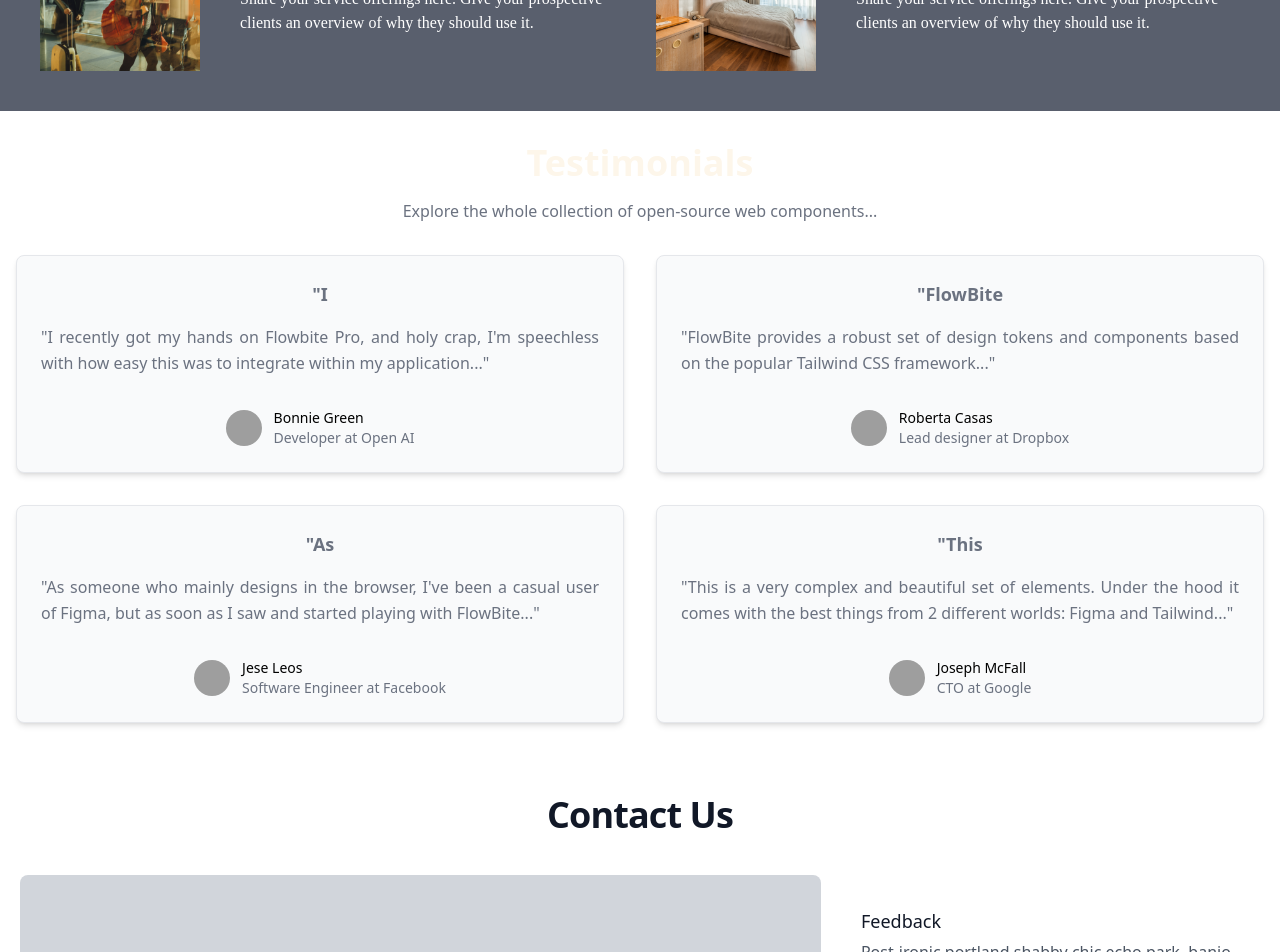
Repository: prabeshsitaula07/greatnepalholidays
Page: / (app in frontend/)
These files come from the project's save history. The page is drawn as it stood at one moment and after the next save; the edit follows.
The browser window is 1280 px wide. The pictures show the part of the page from y = 3057 to 4009 px (the page is 6713 px tall).
Pictures or frames that could not be fetched are drawn as grey boxes. Some web fonts or font styles are not loaded; a fallback is used. The project was rebuilt for these pictures with package versions that can differ from the ones it lists, and the page was loaded fresh each time. Also part of the build but not shown: frontend/vite.config.ts. Imported but missing from the stored project, and not drawn on this page: frontend/src/assets/bgvideo.mp4.

Above is the page before, as saved 2024-11-23 10:41:43.

### frontend/index.html
<!doctype html>
<html lang="en">
  <head>
    <meta charset="UTF-8" />
    <link rel="icon" type="image/svg+xml" href="/icon.png" />
    <meta name="viewport" content="width=device-width, initial-scale=1.0" />
    <title>Vite + React + TS</title>
  </head>
  <body>
    <div id="root"></div>
    <script type="module" src="/src/main.tsx"></script>
  </body>
</html>

### frontend/src/index.css
@import url('https://fonts.googleapis.com/css2?family=Arima:wght@100..700&family=Parkinsans:wght@300..800&display=swap');

@tailwind base;
@tailwind components;
@tailwind utilities;

### frontend/src/App.tsx
import { BrowserRouter as Router, Routes, Route } from 'react-router-dom';
import Navbar from "./components/Navbar/Navbar";
import Home from "./components/Home/Home";
// import About from "./components/About/About"; // Example of another page
import Footer from "./components/Footer/Footer"; // Assuming you have a Footer component

export default function App() {
  return (
    <Router>
      <Navbar />  {/* Navbar is always visible */}
      <Routes>
        <Route path="/" element={<Home />} />
      </Routes>
      <Footer />
    </Router>
  );
}

### frontend/src/components/Navbar/Navbar.tsx
import { Link } from 'react-router-dom';
import { useState, useEffect } from 'react';
import { FaPhone, FaEnvelope } from 'react-icons/fa';
import logo1 from '../../assets/logo1.png';
import logo2 from '../../assets/logo2.png';

export default function Navbar() {
    const [isScrolled, setIsScrolled] = useState(false);

    // Detect scroll and update navbar background and position
    useEffect(() => {
        const handleScroll = () => {
            if (window.scrollY > 50) {
                setIsScrolled(true);  // Fix the navbar to the top when scrolled past 50px
            } else {
                setIsScrolled(false); // Keep the navbar in normal flow when at the top
            }
        };

        window.addEventListener('scroll', handleScroll);

        // Clean up the event listener on component unmount
        return () => {
            window.removeEventListener('scroll', handleScroll);
        };
    }, []);

    return (
        <>
            <div className='w-full bg-darktheme flex gap-10 px-10 py-2'>
                <span className='text-white flex items-center'>
                    <FaPhone className="mr-2" /> 0988848484
                </span>
                <span className='text-white flex items-center'>
                    <FaEnvelope className="mr-2" /> xyz@gmail.com
                </span>
            </div>

            <header
                className={`text-black body-font w-full z-20 transition-all duration-300 ${isScrolled ? 'fixed top-0 bg-white shadow-md' : 'bg-[#2f3c5ae8] text-white'}`}
            >

                <div className="container mx-auto flex flex-wrap p-5 flex-col md:flex-row items-center">
                    <div className="flex title-font font-medium items-center mb-4 md:mb-0 gap-10">
                        <Link to='/'>
                            <img src={logo1} alt="" className='h-14 w-auto' />
                        </Link>
                        <Link to='/'>
                            <img src={logo2} alt="" className='h-14 w-auto' />
                        </Link>
                    </div>
                    <nav className="md:ml-auto flex flex-wrap items-center justify-center text-lg">
                        <Link to='' className="mr-5 hover:text-orange">Home</Link>
                        <Link to='' className="mr-5 hover:text-orange">About Us</Link>
                        <Link to='' className="mr-5 hover:text-orange">Services</Link>
                        <Link to='' className="mr-5 hover:text-orange">Packages</Link>
                        <Link to='' className="mr-5 hover:text-orange">Activities</Link>
                        <Link to='' className="mr-5 hover:text-orange">Blogs</Link>
                    </nav>
                    <button className="inline-flex items-center text-primary bg-darkorange border border-darkorange py-1 px-3 focus:outline-none hover:bg-primary text-lg hover:text-darkorange rounded mt-4 md:mt-0">
                        Download Visa CheckList
                    </button>
                </div>
            </header>
        </>
    );
}

### frontend/src/components/Home/Home.tsx
import bgvideo from '../../assets/bgvideo.mp4';
import Contact from "../Contact/Contact";
import Gallery from "../Gallery/Gallery";
import InternationalPackage from "../Package/InternationalPackage";
import NepalPackage from "../Package/NepalPackage";
import TripHandling from '../Services/TripHandling';
import Team from "../Team/Team";
import Testimonial from "../Testimonial/Testimonial";

export default function Home() {
  return (
    <>
      <div className="relative w-full h-screen">
      {/* Video Background */}
      <video
        autoPlay
        loop
        muted
        className="absolute inset-0 w-full h-full object-cover"
      >
        <source
          src={bgvideo}
          type="video/mp4"
        />
        Your browser does not support the video tag.
      </video>

      {/* Dark Overlay */}
      <div
        className="absolute inset-0 bg-black opacity-50"
        style={{ backgroundColor: 'rgba(0, 0, 0, 0.5)' }} // Adjust opacity for darkness
      ></div>

      {/* Content over the video */}
      <div className="relative z-10 flex items-center justify-center w-full h-full">
        <h1 className="text-white text-6xl font-bold">Welcome to My Website</h1>
      </div>
    </div>
      <NepalPackage />
      <InternationalPackage />
      <TripHandling />
      <Testimonial />
      <Contact />
      <Team />
      <Gallery />

    </>
  )
}

### frontend/src/components/Contact/Contact.tsx
export default function Contact() {
    return (
        <>
            <section className="text-gray-600 body-font relative">
            <h2 className="mt-10 text-4xl tracking-tight font-extrabold text-gray-900 dark:text-black text-center">Contact Us</h2>
                <div className="container px-5 py-10 mx-auto flex sm:flex-nowrap flex-wrap">
                    <div className="lg:w-2/3 md:w-1/2 bg-gray-300 rounded-lg overflow-hidden sm:mr-10 p-10 flex items-end justify-start relative">
                        <iframe
                            width="100%"
                            height="100%"
                            className="absolute inset-0"
                            title="map"
                            src="https://www.google.com/maps/embed?pb=!1m18!1m12!1m3!1d3531.628177055184!2d85.32309027492384!3d27.72876432454742!2m3!1f0!2f0!3f0!3m2!1i1024!2i768!4f13.1!3m3!1m2!1s0x39eb193e98fea663%3A0x6a69a4b662ec372!2sGREAT%20NEPAL%20HOLIDAYS%20P.LTD!5e0!3m2!1sen!2snp!4v1732272072112!5m2!1sen!2snp"
                            style={{ filter: 'grayscale(1) contrast(1.2) opacity(0.4)' }}
                        ></iframe>
                        <div className="bg-white relative flex flex-wrap py-6 rounded shadow-md">
                            <div className="lg:w-1/2 px-6">
                                <h2 className="title-font font-semibold text-gray-900 tracking-widest text-xs">ADDRESS</h2>
                                <p className="mt-1">Photo booth tattooed prism, portland taiyaki hoodie neutra typewriter</p>
                            </div>
                            <div className="lg:w-1/2 px-6 mt-4 lg:mt-0">
                                <h2 className="title-font font-semibold text-gray-900 tracking-widest text-xs">EMAIL</h2>
                                <a className="text-indigo-500 leading-relaxed">example@email.com</a>
                                <h2 className="title-font font-semibold text-gray-900 tracking-widest text-xs mt-4">PHONE</h2>
                                <p className="leading-relaxed">123-456-7890</p>
                            </div>
                        </div>
                    </div>
                    <div className="lg:w-1/3 md:w-1/2 bg-white flex flex-col md:ml-auto w-full md:py-8 mt-8 md:mt-0">
                        <h2 className="text-gray-900 text-lg mb-1 font-medium title-font">Feedback</h2>
                        <p className="leading-relaxed mb-5 text-gray-600">Post-ironic portland shabby chic echo park, banjo fashion axe</p>
                        <div className="relative mb-4">
                            <label htmlFor="name" className="leading-7 text-sm text-gray-600">Name</label>
                            <input type="text" id="name" name="name" className="w-full bg-white rounded border border-gray-300 focus:border-darkorange focus:ring-2 focus:ring-darkorange text-base outline-none text-gray-700 py-1 px-3 leading-8 transition-colors duration-200 ease-in-out" />
                        </div>
                        <div className="relative mb-4">
                            <label htmlFor="email" className="leading-7 text-sm text-gray-600">Email</label>
                            <input type="email" id="email" name="email" className="w-full bg-white rounded border border-gray-300 focus:border-darkorange focus:ring-2 focus:ring-darkorange text-base outline-none text-gray-700 py-1 px-3 leading-8 transition-colors duration-200 ease-in-out" />
                        </div>
                        <div className="relative mb-4">
                            <label htmlFor="message" className="leading-7 text-sm text-gray-600">Message</label>
                            <textarea id="message" name="message" className="w-full bg-white rounded border border-gray-300 focus:border-darkorange focus:ring-2 focus:ring-darkorange h-32 text-base outline-none text-gray-700 py-1 px-3 resize-none leading-6 transition-colors duration-200 ease-in-out"></textarea>
                        </div>
                        <button className="bg-darkorange border border-darkorange text-primary py-2 px-6 focus:outline-none hover:text-darkorange hover:bg-primary rounded text-lg">Send</button>
                        <p className="text-xs text-gray-500 mt-3">Chicharrones blog helvetica normcore iceland tousled brook viral artisan.</p>
                    </div>
                </div>
            </section>
        </>
    )
}

### frontend/src/components/Gallery/Gallery.tsx
export default function Gallery() {
  return (
 <>
 <section className="text-gray-600 body-font">
 <h2 className="mt-10 text-4xl tracking-tight font-extrabold text-gray-900 dark:text-black text-center">Gallery</h2>
  <div className="container px-5 py-24 mx-auto flex flex-wrap">
    <div className="flex w-full mb-20 flex-wrap">
      <h1 className="sm:text-3xl text-2xl font-medium title-font text-gray-900 lg:w-1/3 lg:mb-0 mb-4">Master Cleanse Reliac Heirloom</h1>
      <p className="lg:pl-6 lg:w-2/3 mx-auto leading-relaxed text-base">Whatever cardigan tote bag tumblr hexagon brooklyn asymmetrical gentrify, subway tile poke farm-to-table. Franzen you probably haven't heard of them man bun deep jianbing selfies heirloom.</p>
    </div>
    <div className="flex flex-wrap md:-m-2 -m-1">
      <div className="flex flex-wrap w-1/2">
        <div className="md:p-2 p-1 w-1/2">
          <img alt="gallery" className="w-full object-cover h-full object-center block" src="https://dummyimage.com/500x300" />
        </div>
        <div className="md:p-2 p-1 w-1/2">
          <img alt="gallery" className="w-full object-cover h-full object-center block" src="https://dummyimage.com/501x301" />
        </div>
        <div className="md:p-2 p-1 w-full">
          <img alt="gallery" className="w-full h-full object-cover object-center block" src="https://dummyimage.com/600x360" />
        </div>
      </div>
      <div className="flex flex-wrap w-1/2">
        <div className="md:p-2 p-1 w-full">
          <img alt="gallery" className="w-full h-full object-cover object-center block" src="https://dummyimage.com/601x361" />
        </div>
        <div className="md:p-2 p-1 w-1/2">
          <img alt="gallery" className="w-full object-cover h-full object-center block" src="https://dummyimage.com/502x302" />
        </div>
        <div className="md:p-2 p-1 w-1/2">
          <img alt="gallery" className="w-full object-cover h-full object-center block" src="https://dummyimage.com/503x303" />
        </div>
      </div>
    </div>
  </div>
</section>
 </>
  )
}

### frontend/src/components/Package/InternationalPackage.tsx
export default function InternationalPackage() {
  const packages = [
    { imgSrc: "https://cdn.pixabay.com/photo/2015/10/06/18/26/eiffel-tower-975004_1280.jpg", category: "CATEGORY", title: "Paris", price: "$16.00" },
    { imgSrc: "https://cdn.pixabay.com/photo/2019/04/09/05/36/england-4113666_1280.jpg", category: "CATEGORY", title: "England", price: "$21.15" },
    { imgSrc: "https://cdn.pixabay.com/photo/2023/11/16/05/02/mountains-8391433_640.jpg", category: "CATEGORY", title: "Switzerland", price: "$12.00" },
    { imgSrc: "https://cdn.pixabay.com/photo/2020/08/10/01/28/castle-5476737_640.jpg", category: "CATEGORY", title: "Japan", price: "$18.40" },
    { imgSrc: "https://cdn.pixabay.com/photo/2023/10/18/00/59/mountain-8322610_640.jpg", category: "CATEGORY", title: "USA", price: "$16.00" },
    { imgSrc: "https://dummyimage.com/425x265", category: "CATEGORY", title: "Shooting Stars", price: "$21.15" },
    { imgSrc: "https://dummyimage.com/427x267", category: "CATEGORY", title: "Neptune", price: "$12.00" },
    { imgSrc: "https://dummyimage.com/428x268", category: "CATEGORY", title: "The 400 Blows", price: "$18.40" },
  ];

  return (
    <section className="text-gray-600 body-font">
      <h2 className="my-4 text-4xl tracking-tight font-extrabold text-gray-900 dark:text-black text-center">International Packages</h2>
      <div className="container px-5 py-24 mx-auto">
        <div className="flex flex-wrap -m-4">
          {packages.map((pkg, index) => (
            <div key={index} className="lg:w-1/4 md:w-1/2 p-4 w-full">
              <a className="block relative h-48 overflow-hidden">
                <img alt={pkg.title} className="object-cover object-center w-full h-full block" src={pkg.imgSrc} />
              </a>
              <div className="p-4 border">
                <h3 className="text-gray-500 text-xs tracking-widest title-font mb-1">{pkg.category}</h3>
                <h2 className="text-gray-900 title-font text-lg font-medium">{pkg.title}</h2>
                <p className="mt-1">{pkg.price}</p>
              </div>
            </div>
          ))}
        </div>
      </div>
    </section>
  );
}

### frontend/src/components/Package/NepalPackage.tsx
export default function NepalPackage() {
  const packages = [
    { imgSrc: "https://dummyimage.com/420x260", category: "CATEGORY", title: "The Catalyzer", price: "$16.00" },
    { imgSrc: "https://dummyimage.com/421x261", category: "CATEGORY", title: "Shooting Stars", price: "$21.15" },
    { imgSrc: "https://dummyimage.com/422x262", category: "CATEGORY", title: "Neptune", price: "$12.00" },
    { imgSrc: "https://dummyimage.com/423x263", category: "CATEGORY", title: "The 400 Blows", price: "$18.40" },
    { imgSrc: "https://dummyimage.com/424x264", category: "CATEGORY", title: "The Catalyzer", price: "$16.00" },
    { imgSrc: "https://dummyimage.com/425x265", category: "CATEGORY", title: "Shooting Stars", price: "$21.15" },
    { imgSrc: "https://dummyimage.com/427x267", category: "CATEGORY", title: "Neptune", price: "$12.00" },
    { imgSrc: "https://dummyimage.com/428x268", category: "CATEGORY", title: "The 400 Blows", price: "$18.40" },
  ];

  return (
    <section className="text-gray-600 body-font">
      <h2 className="my-4 text-4xl tracking-tight font-extrabold text-gray-900 dark:text-black text-center">Nepal Packages</h2>
      <div className="container px-5 py-24 mx-auto">
        <div className="flex flex-wrap -m-4">
          {packages.map((pkg, index) => (
            <div key={index} className="lg:w-1/4 md:w-1/2 p-4 w-full">
              <a className="block relative h-48 overflow-hidden">
                <img alt={pkg.title} className="object-cover object-center w-full h-full block" src={pkg.imgSrc} />
              </a>
              <div className="p-4 border">
                <h3 className="text-gray-500 text-xs tracking-widest title-font mb-1">{pkg.category}</h3>
                <h2 className="text-gray-900 title-font text-lg font-medium">{pkg.title}</h2>
                <p className="mt-1">{pkg.price}</p>
              </div>
            </div>
          ))}
        </div>
      </div>
    </section>
  );
}

### frontend/src/components/Services/TripHandling.tsx
import img2 from '../../assets/2.png';
import img3 from '../../assets/3.png';
import img4 from '../../assets/4.png';

export default function TripHandling() {
    const services = [
      { title: "Flight Booking", imgSrc: img2, description: "Share your service offerings here. Give your prospective clients an overview of why they should use it." },
      { title: "Hotel Booking", imgSrc: img2, description: "Share your service offerings here. Give your prospective clients an overview of why they should use it." },
      { title: "Car Rental", imgSrc: img3, description: "Share your service offerings here. Give your prospective clients an overview of why they should use it." },
      { title: "Tour Packages", imgSrc: img4, description: "Share your service offerings here. Give your prospective clients an overview of why they should use it." },
    ];

    return (
      <div className="bg-navbarbg h-fit flex justify-center flex-col items-center p-10">
          <h2 className="mb-10 text-4xl tracking-tight font-extrabold text-white text-center font-parkinsans">We Will Handle Trip For You</h2>
          <div className="grid grid-cols-2 gap-8">
              {services.map((service, index) => (
                <div key={index} className="flex gap-10 items-center">
                  <img className="h-40 w-40" src={service.imgSrc} alt={service.title} />
                  <div>
                      <h3 className="font-semibold pb-2 text-2xl text-primary">{service.title}</h3>
                      <p className="font-parkinsans text-white">{service.description}</p>
                  </div>
                </div>
              ))}
          </div>
      </div>
    );
  }

### frontend/src/components/Testimonial/Testimonial.tsx
export default function Testimonial() {
    const testimonials = [
      {
        name: "Bonnie Green",
        title: "Developer at Open AI",
        image: "https://flowbite.s3.amazonaws.com/blocks/marketing-ui/avatars/karen-nelson.png",
        quote: `"I recently got my hands on Flowbite Pro, and holy crap, I'm speechless with how easy this was to integrate within my application..."`,
      },
      {
        name: "Roberta Casas",
        title: "Lead designer at Dropbox",
        image: "https://flowbite.s3.amazonaws.com/blocks/marketing-ui/avatars/roberta-casas.png",
        quote: `"FlowBite provides a robust set of design tokens and components based on the popular Tailwind CSS framework..."`,
      },
      {
        name: "Jese Leos",
        title: "Software Engineer at Facebook",
        image: "https://flowbite.s3.amazonaws.com/blocks/marketing-ui/avatars/jese-leos.png",
        quote: `"As someone who mainly designs in the browser, I've been a casual user of Figma, but as soon as I saw and started playing with FlowBite..."`,
      },
      {
        name: "Joseph McFall",
        title: "CTO at Google",
        image: "https://flowbite.s3.amazonaws.com/blocks/marketing-ui/avatars/joseph-mcfall.png",
        quote: `"This is a very complex and beautiful set of elements. Under the hood it comes with the best things from 2 different worlds: Figma and Tailwind..."`,
      },
    ];

    return (
      <section className="bg-white py-8 px-4 m-auto max-w-screen-xl text-center">
        <h2 className="mb-4 text-4xl font-extrabold text-primary dark:text-black">Testimonials</h2>
        <p className="mb-8 text-gray-500 dark:text-gray-400">Explore the whole collection of open-source web components...</p>
        <div className="grid gap-8 lg:grid-cols-2">
          {testimonials.map(({ name, title, image, quote }, index) => (
            <div
              key={index}
              className="flex flex-col justify-between items-center p-6 border rounded-lg bg-gray-50 shadow-md dark:bg-navbarbg dark:border-gray-700 dark:shadow-lg"
            >
              <blockquote className="mb-4 text-gray-500 dark:text-gray-400">
                <h3 className="text-lg font-semibold dark:text-primary">{quote.split(" ")[0]}</h3>
                <p className="my-4 text-justify leading-relaxed">{quote}</p>
              </blockquote>
              <figcaption className="flex justify-center items-center space-x-3">
                <img className="w-9 h-9 rounded-full" src={image} alt={`${name} profile`} />
                <div className="text-left text-sm font-light dark:text-white">
                  <div>{name}</div>
                  <div className="text-sm text-gray-500 dark:text-gray-400">{title}</div>
                </div>
              </figcaption>
            </div>
          ))}
        </div>
      </section>
    );
  }

Loaded but not shown: frontend/src/main.tsx (common file); frontend/tailwind.config.js (21 lines, source omitted); frontend/src/components/Footer/Footer.tsx (125 lines, source omitted); frontend/src/components/Team/Team.tsx (102 lines, source omitted)

After the next save:
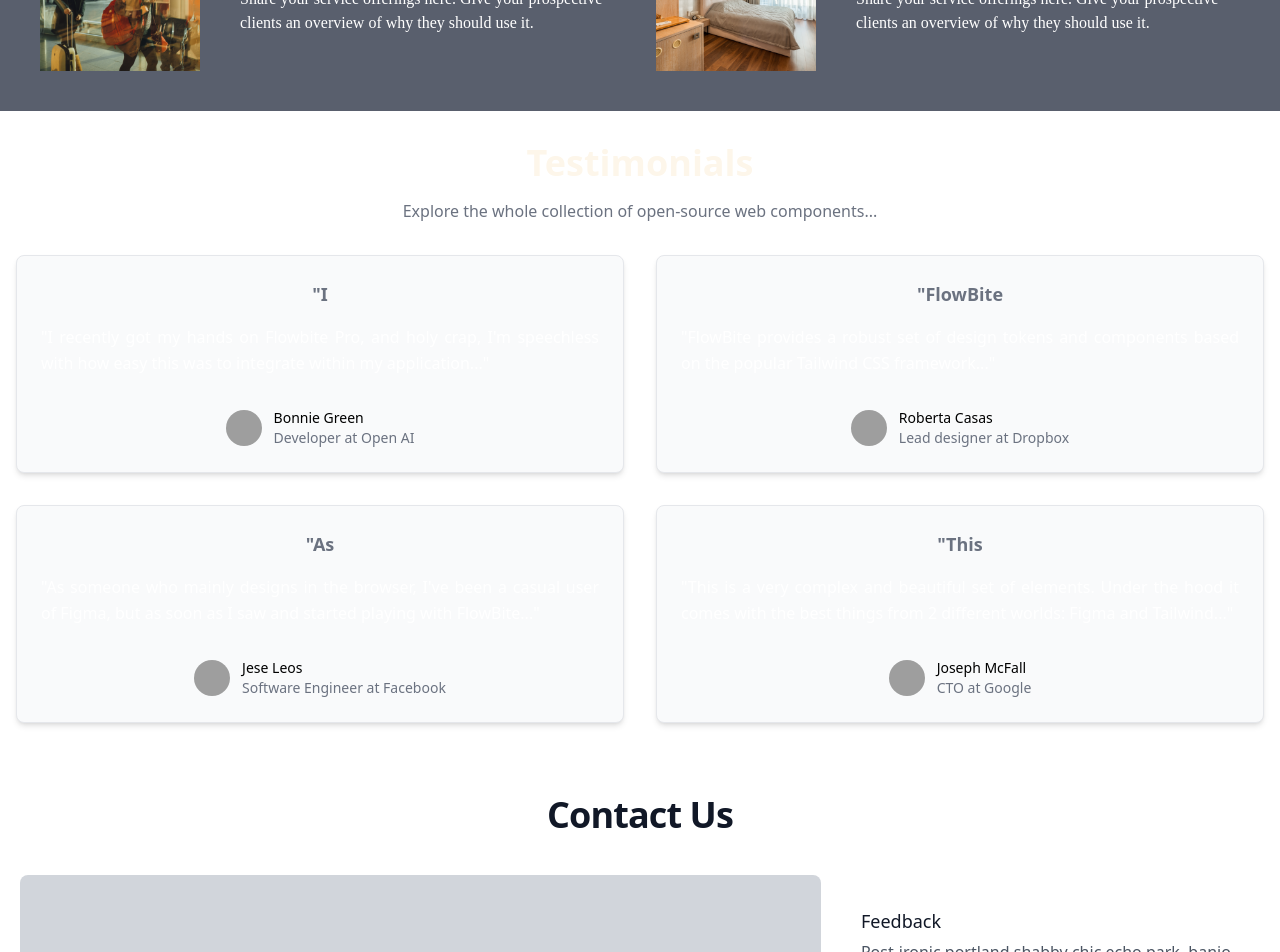
Saved 16 s later.
--- a/frontend/src/components/Testimonial/Testimonial.tsx
+++ b/frontend/src/components/Testimonial/Testimonial.tsx
@@ -38,7 +38,7 @@ export default function Testimonial() {
             >
               <blockquote className="mb-4 text-gray-500 dark:text-gray-400">
                 <h3 className="text-lg font-semibold dark:text-primary">{quote.split(" ")[0]}</h3>
-                <p className="my-4 text-justify leading-relaxed">{quote}</p>
+                <p className="my-4 text-justify leading-relaxed text-white">{quote}</p>
               </blockquote>
               <figcaption className="flex justify-center items-center space-x-3">
                 <img className="w-9 h-9 rounded-full" src={image} alt={`${name} profile`} />
